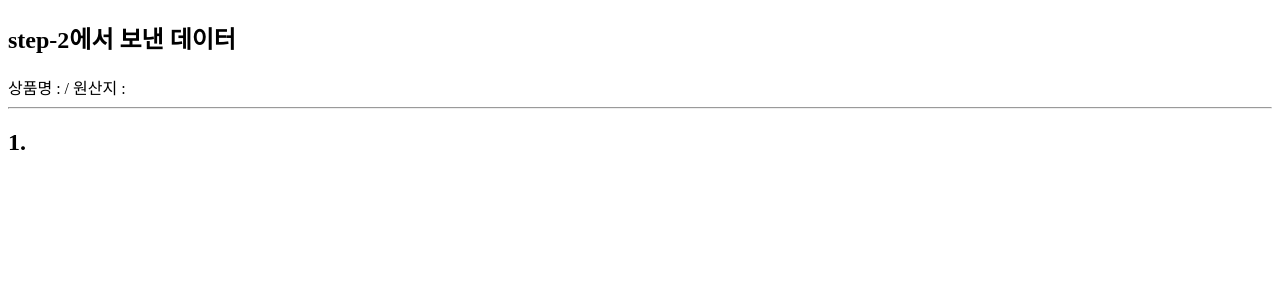
Repository: havanara/240411_JSTL_Project
Page: http://localhost/jstl_study/step-3.jsp
An editor plug-in stored every save of this project. The page is shown before and after the next save, followed by the edit.
The browser window is 1280 px wide. The pictures show the whole page.
The page is served by Tomcat 9. Other server files are loaded and not shown.

Above is the page before, as saved 2024-04-11 03:08:22.

### jstl_study/src/main/webapp/step-3.jsp
<%@ page language="java" contentType="text/html; charset=UTF-8"
    pageEncoding="UTF-8"%>
<!DOCTYPE html>
<html>
<head>
<meta charset="UTF-8">
<title>Insert title here</title>
</head>
<body>
	<h2>step-2에서 보낸 데이터</h2>
	상품명 : ${param.name } / 원산지 : ${param.address } <br>

	<hr>

	<h2>
		1.
	</h2>
</body>
</html>

After the next save:
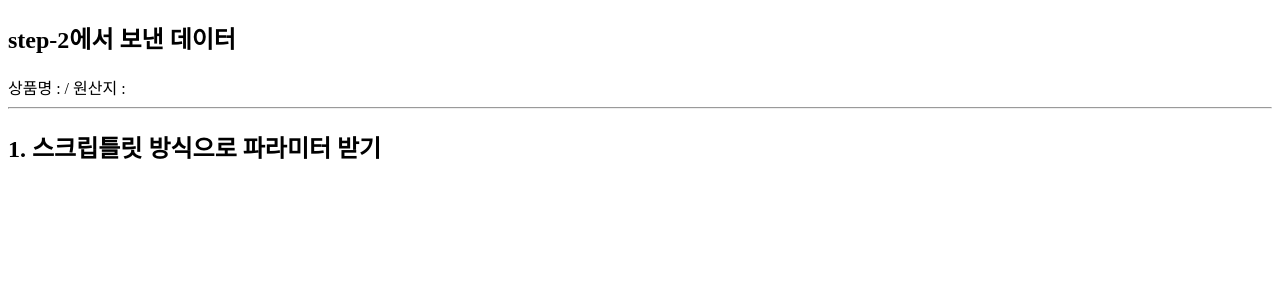
Saved 40 s later.
--- a/jstl_study/src/main/webapp/step-3.jsp
+++ b/jstl_study/src/main/webapp/step-3.jsp
@@ -13,7 +13,9 @@
 	<hr>
 
 	<h2>
-		1.
+		1. 스크립틀릿 방식으로 파라미터 받기 <br>
+
+		<%  %>
 	</h2>
 </body>
 </html>
